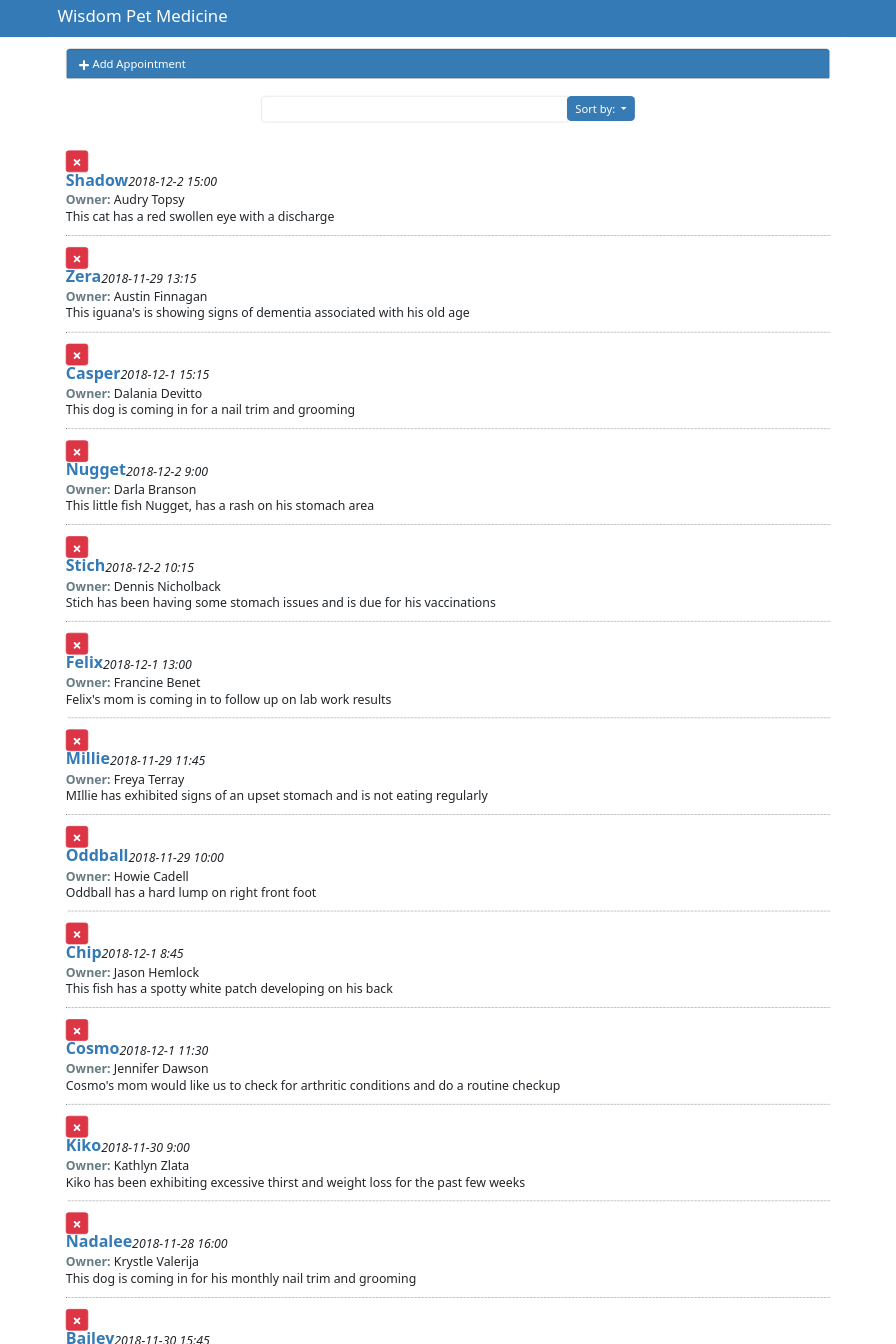
Repository: DevLuDaley/reactinterface
Page: /
The author's editor kept a copy of each file at every save. The page is drawn from the files as they stood at one save, then again after the next save.
The browser window is 1280 px wide. The pictures show the part of the page from y = 0 to 1920 px (the page is 3716 px tall), at 70% of full size.
The project was rebuilt for these pictures with package versions that can differ from the ones it lists, and the page was loaded fresh each time.

Above is the page before, as saved 2021-02-04 19:51:58.

After the next save:
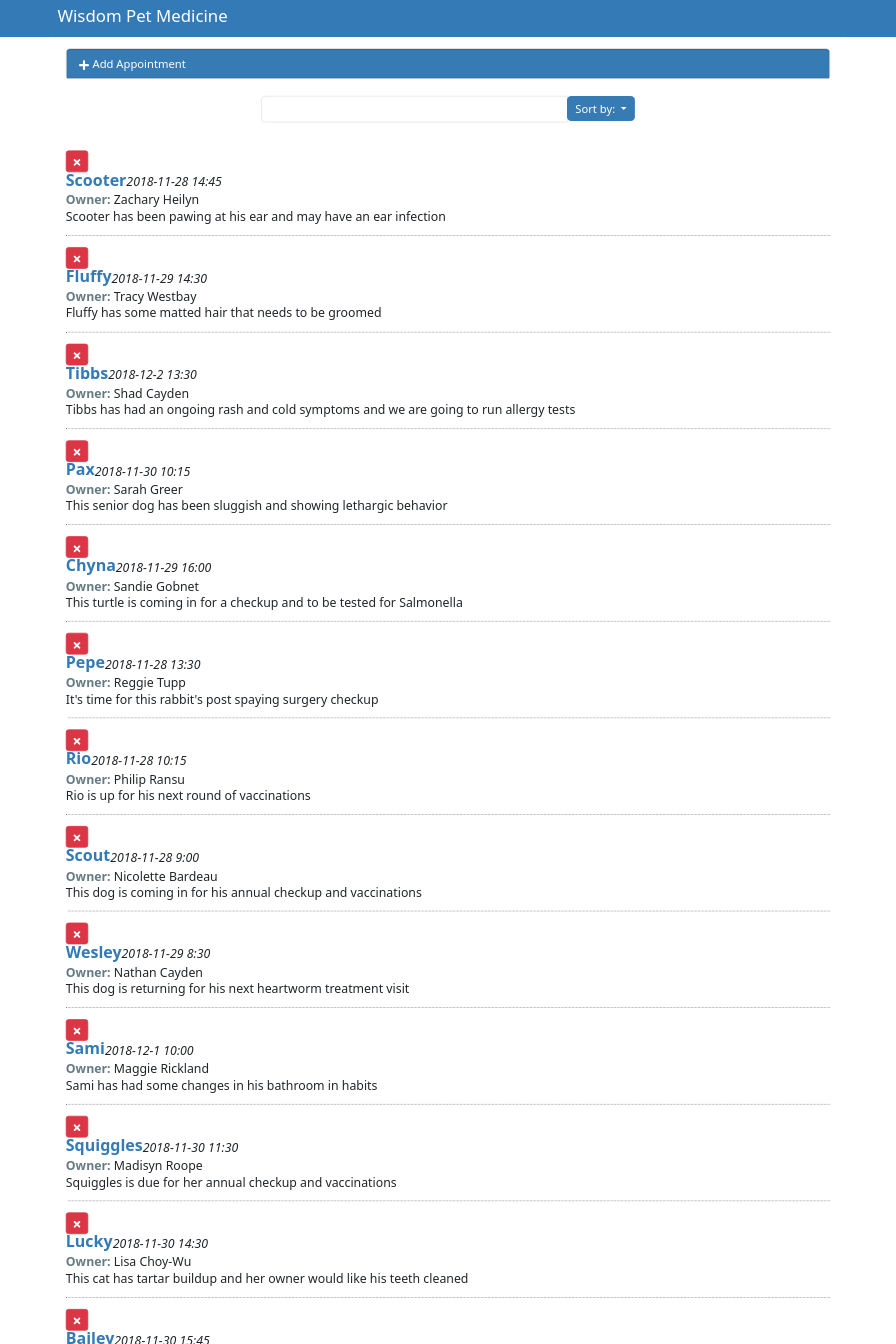
Saved 10 s later.
--- a/src/components/App.js
+++ b/src/components/App.js
@@ -14,7 +14,7 @@ class App extends Component {
       myAppointments: [],
       formDisplay: false,
       orderBy: 'ownerName',
-      orderDir: 'asc',
+      orderDir: 'desc',
       lastIndex: 0
     };
     this.deleteAppointment = this.deleteAppointment.bind(this);
